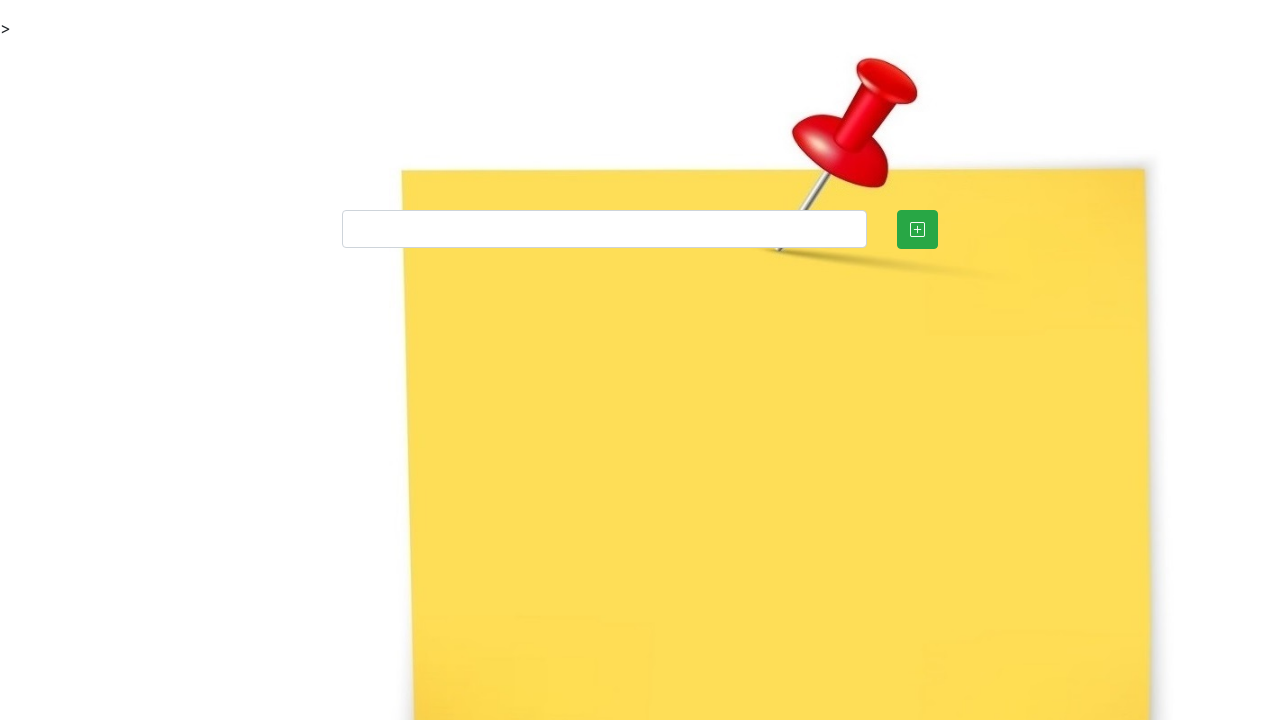
Repository: walaaElbasha/Todo-list-laravel
Page: http://localhost/tasks
These files come from the project's save history. The page is drawn as it stood at one moment and after the next save; the edit follows.
The browser window is 1280 px wide. The pictures show the whole page.
The page is served by the project's Laravel application, run on PHP 8.4 with Laravel 8. Other server files are loaded and not shown. Style sheets and scripts are compiled from the project's sources, by tool versions that may differ from the author's. Queries for data that is not in the repository find no rows.

Above is the page before, as saved 2021-07-01 18:17:45.

### routes/web.php
<?php

use Illuminate\Support\Facades\Route;
use App\Http\Controllers\TaskController;
/*
|--------------------------------------------------------------------------
| Web Routes
|--------------------------------------------------------------------------
|
| Here is where you can register web routes for your application. These
| routes are loaded by the RouteServiceProvider within a group which
| contains the "web" middleware group. Now create something great!
|
*/

Route::get('/', function () {
    return view('welcome');
});

Route::get('/tasks', [TaskController::class, 'index'])->name('tasks.index');
Route::post('/tasks', [TaskController::class, 'store'])->name('tasks.store');
Route::get('/tasks/{task}/edit', [TaskController::class, 'edit'])->name('tasks.edit');
Route::put('/tasks/{task}', [TaskController::class, 'update'])->name('tasks.update');
Route::delete('/tasks/{task}', [TaskController::class, 'destroy'])->name('tasks.destroy');

Route::get('/register',[RegistrationController::class, 'destroy'])->name('registration.create');
Route::get('/register', [RegistrationController::class, 'destroy'])->name('registration.store');
// Route::get('/login', [SessionsControlle::class, 'destroy'])->name('registration.create');
// Route::get('/login', [SessionsControlle::class, 'destroy'])->name('registration.store');
// Route::get('/logout',[SessionsControlle::class, 'destroy'])->name('registration.destroy');



// 'RegistrationController@create');
// Route::post('register', 'RegistrationController@store');

// Route::get('/login', 'SessionsController@create');
// Route::post('/login', 'SessionsController@store');
// Route::get('/logout', 'SessionsController@destroy');

### app/Http/Controllers/TaskController.php
<?php

namespace App\Http\Controllers;
use Illuminate\Http\Request;
use App\Http\Requests\TaskRequest;
use App\Models\Task;
use Illuminate\Support\Facades\Auth;


class TaskController extends Controller

{
    public function index()
    {
        $allTasks = Task::paginate(4);
        //find by user id
        return view('tasks.index', [
            'allTasks' => $allTasks
        ]);
    }

    public function edit($taskId)
    {
        $task = Task::find($taskId);
        return view('tasks.edit', [
            'task' => $task,
        ]);
    }
    public function update($taskId, TaskRequest $request)
    {
        // $requestData = $request->all();
        // $task = Task::find($taskId);
        // $task->update($requestData);
        // $task->save();
        $requestData = $request->all();
        $task = Task::find($taskId);
        $task->update($requestData);
        $task->save();
        return redirect()->route('tasks.index')->with('success', "TODO updated successfully!");
    }

    public function destroy($taskId)
    {

        $task = Task::findorfail($taskId);

        $task->delete();
        return redirect()->route('tasks.index');
    }



    public function store(TaskRequest $request)
    {

        // $requestData = $request->all();
        // Task::create($requestData);

       // $userId =Auth::id();
        $task = new Task;
        $task->name = $request->name;
       // $task->user_id= $userId;

        $task->
        $task->save();

        return redirect()->route('tasks.index');
    }

}

### app/Models/Task.php
<?php

namespace App\Models;

use Illuminate\Database\Eloquent\Factories\HasFactory;
use Illuminate\Database\Eloquent\Model;

class Task extends Model
{
    use HasFactory;
    protected $fillable = ['name'];
}

### resources/views/tasks/index.blade.php
@extends('layouts.app')

@section('content')

<!-- Bootstrap Boilerplate... -->


@if($errors->any())
<div class="alert alert-danger w-25">
    <ul>
        @foreach ($errors->all() as $error)
        <li>{{ $error }}</li>
        @endforeach
    </ul>
</div>
@endif

<body style="background-image: url('sticky.jpg')  ; background-repeat: no-repeat;
  background-size: 1400px 950px;">>

    <div class="container">

        <!-- Display Validation Errors -->

        <div style="margin-top:154px; margin-left:210px">
            <table>
                <ul>
                    @foreach($allTasks as $task)


                    <tr>
                        <td style="width:590px">
                            <div style="display:flex">
                                <!-- <div style="justify-content:flex-start"> -->
                                <li>
                                    {{ $task->name}}

                                </li>
                        </td>
                        <td>
                            <!-- </div> -->
                            <div style="justify-content:flex-end">

                                <a href="{{ route('tasks.edit',['task' => $task['id']]) }}" class="btn btn-secondary mt-4"><i class="bi bi-pencil-square"></i>


                                </a>

                                <form style="display:inline" method="POST" action="{{route('tasks.destroy',['task' => $task['id']])}}">
                                    @csrf
                                    @method('DELETE')
                                    <button onclick="return confirm('Are you sure?')" class="btn btn-danger mt-4" type="submit"><i class="bi bi-trash-fill"></i></button>
                                </form>
                            </div>
        </div>
        <br>
        </td>

        </tr>


        @endforeach
        </ul>
        </table>
        <!-- New Task Form -->
    </div>
    <form action="{{ route('tasks.store') }}" method="POST" class="form-horizontal">
        @csrf

        <!-- Task Name -->
        <div class="form-group">
            <div class="text-center" style="display:flex; justify-content:center; align-items:center">
                {{$allTasks->links("pagination::bootstrap-4")}}

            </div>

            <div style="display:flex; justify-content:center; align-items:center">
                <div class="col-sm-6">
                    <input type="text" name="name" id="name" class="form-control">
                </div>

                <div class="form-group">
                    <div class="col-sm-offset-3 col-sm-6">
                        <button type="submit" class="btn btn-success mt-3">
                            <span style="font-size:15px"><i class="bi bi-plus-square"></i> </span>
                        </button>
                    </div>
                </div>
            </div>
        </div>
    </form>
    </div>
</body>


<!-- TODO: Current Tasks -->
@endsection

### resources/views/layouts/app.blade.php
<!DOCTYPE html>
<html lang="en">

<head>
    <meta charset="utf-8">
    <meta name="viewport" content="width=device-width, initial-scale=1">

    <!-- CSRF Token -->
    <meta name="csrf-token" content="{{ csrf_token() }}">

    <title>{{ config('app.name', 'All Tasks') }}</title>

    <!-- Scripts -->
    <script src="{{ asset('js/app.js') }}" defer></script>

    <!-- Fonts -->
    <link rel="dns-prefetch" href="//fonts.gstatic.com">
    <link href="https://fonts.googleapis.com/css?family=Nunito" rel="stylesheet">

    <!-- Styles -->
    <link href="{{ asset('css/app.css') }}" rel="stylesheet">
    <link rel="stylesheet" href="https://cdn.jsdelivr.net/npm/bootstrap@4.6.0/dist/css/bootstrap.min.css" integrity="sha384-B0vP5xmATw1+K9KRQjQERJvTumQW0nPEzvF6L/Z6nronJ3oUOFUFpCjEUQouq2+l" crossorigin="anonymous">
    <link rel="stylesheet" href="path/to/font-awesome/css/font-awesome.min.css">
    <link rel="stylesheet" href="https://cdn.jsdelivr.net/npm/bootstrap-icons@1.5.0/font/bootstrap-icons.css">
</head>


<body style="background-image: url('sticky.jpg')  ; background-repeat: no-repeat;
  background-size: 1400px 950px;">
    <div class="container">
        <nav class="navbar navbar-default">
            <!-- Navbar Contents -->
        </nav>
    </div>

    @yield('content')

</body>

</html>

Loaded but not shown: app/Http/Controllers/Controller.php (common file); resources/sass/app.scss (common file); resources/sass/_variables.scss (common file)

After the next save:
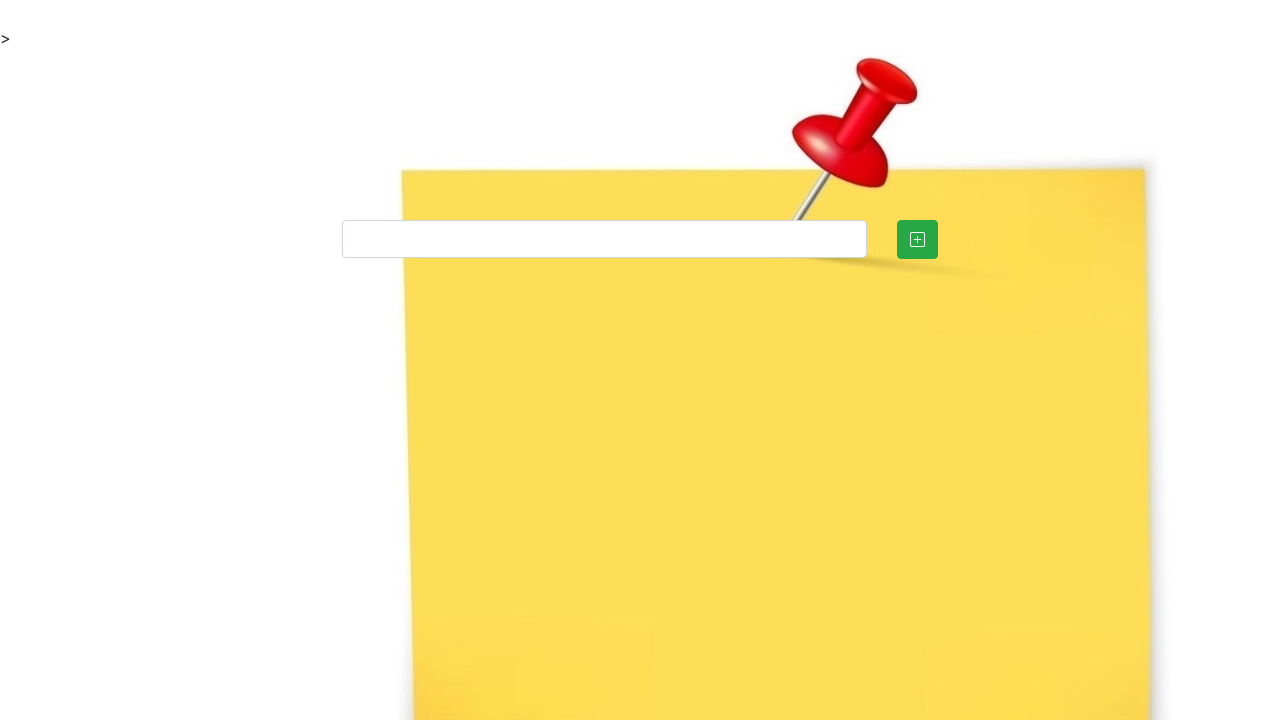
Saved 50 s later.
--- a/resources/views/tasks/index.blade.php
+++ b/resources/views/tasks/index.blade.php
@@ -4,7 +4,7 @@
 
 <!-- Bootstrap Boilerplate... -->
 
-
+<div style="height:10px">
 @if($errors->any())
 <div class="alert alert-danger w-25">
     <ul>
@@ -14,6 +14,7 @@
     </ul>
 </div>
 @endif
+</div>
 
 <body style="background-image: url('sticky.jpg')  ; background-repeat: no-repeat;
   background-size: 1400px 950px;">>
